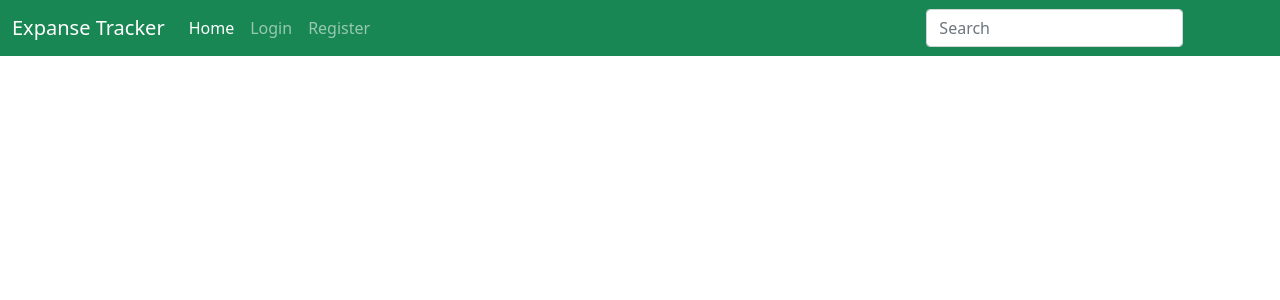
Repository: Hashim-Ansari-82/Java_Project
Page: http://localhost/Online_Expanse_Tracker/
These files come from the project's save history. The page is drawn as it stood at one moment and after the next save; the edit follows.
The browser window is 1280 px wide. The pictures show the whole page.
The page is served by Tomcat 9. Other server files are loaded and not shown.

Above is the page before, as saved 2026-05-25 04:34:43.

### Online_Expanse_Tracker/src/main/webapp/index.jsp
<%@ page language="java" contentType="text/html; charset=UTF-8"
	pageEncoding="UTF-8"%>
<!DOCTYPE html>
<html>
<head>
<meta charset="UTF-8">
<title>Insert title here</title>
<link
	href="https://cdn.jsdelivr.net/npm/bootstrap@5.0.2/dist/css/bootstrap.min.css"
	rel="stylesheet"
	integrity="sha384-EVSTQN3/azprG1Anm3QDgpJLIm9Nao0Yz1ztcQTwFspd3yD65VohhpuuCOmLASjC"
	crossorigin="anonymous">
</head>
<body>

	<nav class="navbar navbar-expand-lg navbar-dark bg-success">
		<div class="container-fluid">
			<a class="navbar-brand" href="#">Expanse Tracker</a>
			<button class="navbar-toggler" type="button"
				data-bs-toggle="collapse" data-bs-target="#navbarSupportedContent"
				aria-controls="navbarSupportedContent" aria-expanded="false"
				aria-label="Toggle navigation">
				<span class="navbar-toggler-icon"></span>
			</button>
			<div class="collapse navbar-collapse" id="navbarSupportedContent">
				<ul class="navbar-nav me-auto mb-2 mb-lg-0">
					<li class="nav-item"><a class="nav-link active"
						aria-current="page" href="#">Home</a></li>
					<li class="nav-item"><a class="nav-link" href="#">Login</a></li>
					<li class="nav-item"><a class="nav-link" href="#">Register</a></li>
				</ul>
				<form class="d-flex">
					<input class="form-control me-2" type="search" placeholder="Search"
						aria-label="Search">
					<button class="btn btn-outline-success" type="submit">Search</button>
				</form>
			</div>
		</div>
	</nav>

	<script
		src="https://cdn.jsdelivr.net/npm/bootstrap@5.0.2/dist/js/bootstrap.bundle.min.js"
		integrity="sha384-MrcW6ZMFYlzcLA8Nl+NtUVF0sA7MsXsP1UyJoMp4YLEuNSfAP+JcXn/tWtIaxVXM"
		crossorigin="anonymous">

	</script>
</body>
</html>

After the next save:
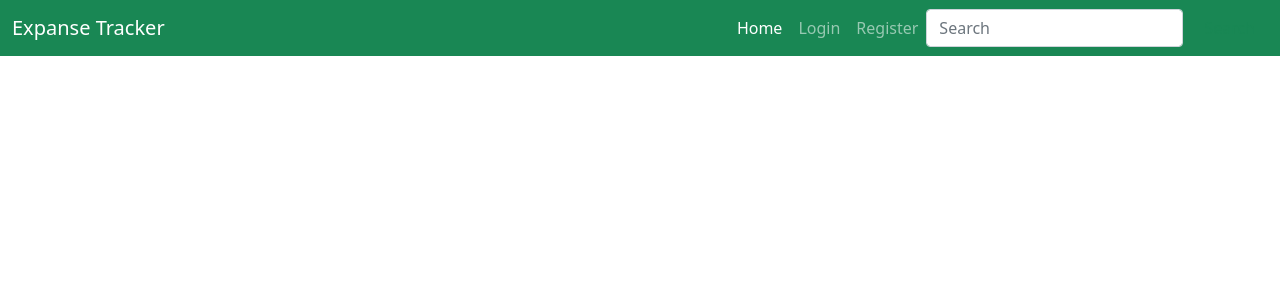
Saved 93 s later.
--- a/Online_Expanse_Tracker/src/main/webapp/index.jsp
+++ b/Online_Expanse_Tracker/src/main/webapp/index.jsp
@@ -23,7 +23,7 @@
 				<span class="navbar-toggler-icon"></span>
 			</button>
 			<div class="collapse navbar-collapse" id="navbarSupportedContent">
-				<ul class="navbar-nav me-auto mb-2 mb-lg-0">
+				<ul class="navbar-nav ms-auto mb-2 mb-lg-0">
 					<li class="nav-item"><a class="nav-link active"
 						aria-current="page" href="#">Home</a></li>
 					<li class="nav-item"><a class="nav-link" href="#">Login</a></li>
